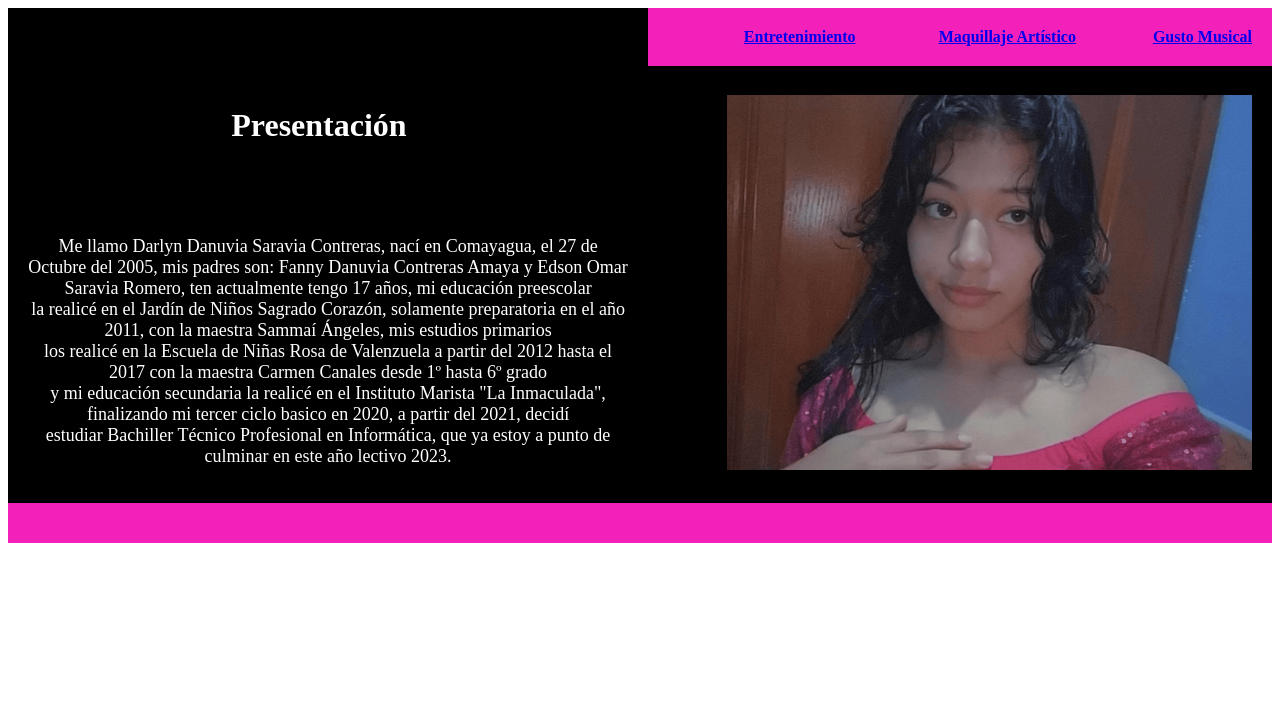
Repository: darlyn-saravia27/portafolio-darlynsaravia
Page: archivoshtml/index.html
The author's editor kept a copy of each file at every save. The page is drawn from the files as they stood at one save, then again after the next save.
The browser window is 1280 px wide. The pictures show the whole page.

Above is the page before, as saved 2023-03-05 03:31:54.

After the next save:
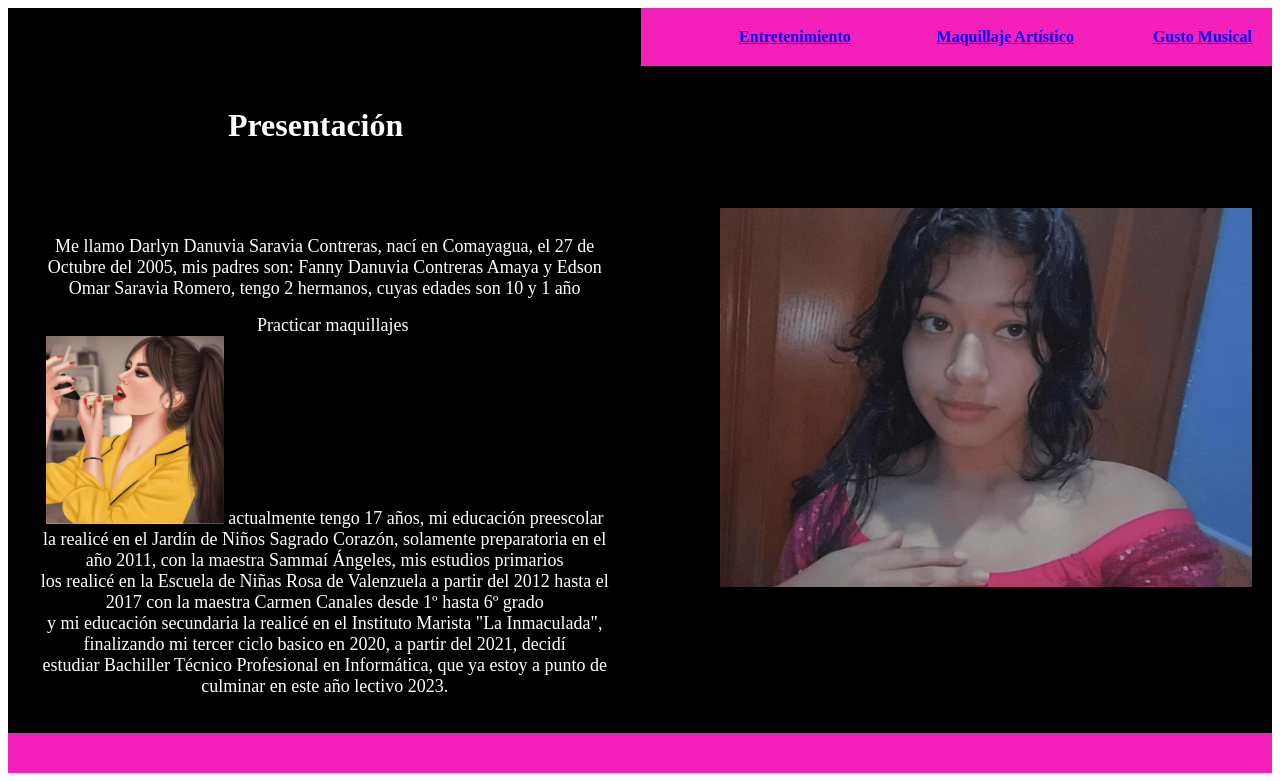
Saved 15 s later.
--- a/archivoshtml/index.html
+++ b/archivoshtml/index.html
@@ -24,7 +24,8 @@
             <br>
             <br>
             <p><font color="white" size="4"> Me llamo Darlyn Danuvia Saravia Contreras, nací en Comayagua,
-                el 27 de Octubre del 2005, mis padres son: Fanny Danuvia Contreras Amaya y Edson Omar Saravia Romero, ten actualmente tengo 17 años, mi educación preescolar <br>la realicé
+                el 27 de Octubre del 2005, mis padres son: Fanny Danuvia Contreras Amaya y Edson Omar Saravia Romero, tengo 2 hermanos, cuyas edades son 10 y 1 año<li type="1">Practicar maquillajes</li>
+                <img src="art.png" width="30%" height="30%"> actualmente tengo 17 años, mi educación preescolar <br>la realicé
                 en el Jardín de Niños Sagrado Corazón, solamente preparatoria en el año 2011,
                 con la maestra Sammaí Ángeles, mis estudios primarios <br>los realicé en la
                 Escuela de Niñas Rosa de Valenzuela a partir del 2012 hasta el 2017 con
